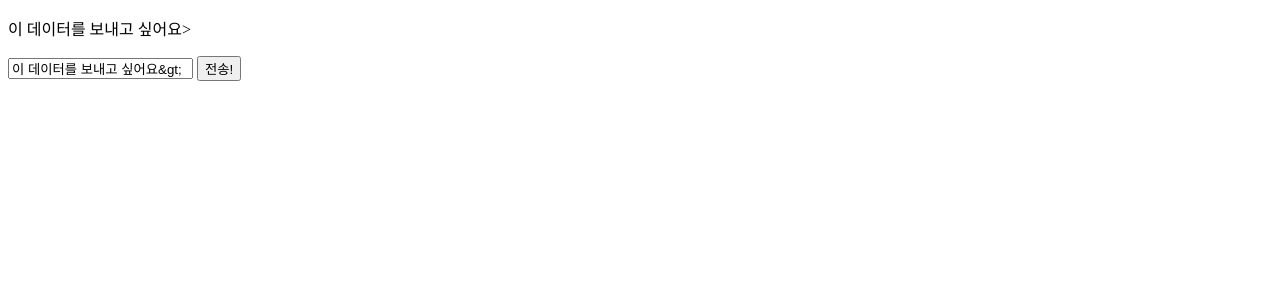
Repository: dychung1021/newrepository
Page: http://localhost/JSP06/
These files come from the project's save history. The page is drawn as it stood at one moment and after the next save; the edit follows.
The browser window is 1280 px wide. The pictures show the whole page.
The page is served by Tomcat 9.

Above is the page before, as saved 2024-05-10 06:45:26.

### JSP/JSP06/src/main/webapp/index.jsp
<%@ page language="java" contentType="text/html; charset=utf-8"
    pageEncoding="utf-8"%>
<!DOCTYPE html>
<html>
	<head>
		<meta charset="utf-8">
		<title>일반 태그값의 전송</title>
	</head>
	<body>
		<form method = "post" action = "next.jsp">
			<p name = "data">이 데이터를 보내고 싶어요></p>
			<input type="text" value="이 데이터를 보내고 싶어요" name="data">
			<input type="submit" value="전송!">
		</form>
		<script>
			let ptag=document.getElementsByTagName("p")[0];
			let value=ptag.innerHTML;
			console.log(ptag);

			let hidden=document.getElementsByTagName("input")[0];
			hidden.value=value;
		</script>
	</body>
</html>

After the next save:
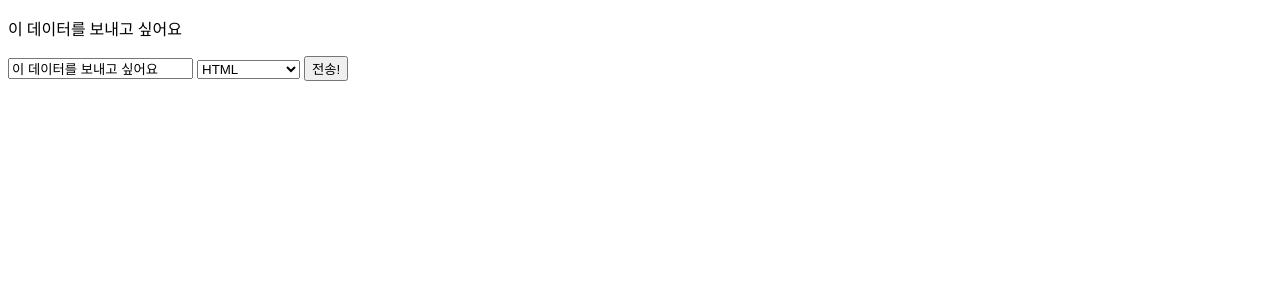
Saved 3 min 47 s later.
--- a/JSP/JSP06/src/main/webapp/index.jsp
+++ b/JSP/JSP06/src/main/webapp/index.jsp
@@ -7,11 +7,17 @@
 		<title>일반 태그값의 전송</title>
 	</head>
 	<body>
-		<form method = "post" action = "next.jsp">
-			<p name = "data">이 데이터를 보내고 싶어요></p>
+		<form method = "get" action = "next.jsp">
+			<p name = "data">이 데이터를 보내고 싶어요</p>
 			<input type="text" value="이 데이터를 보내고 싶어요" name="data">
-			<input type="submit" value="전송!">
-		</form>
+			<input type="hidden" value="" name="data">
+			<select>
+				<option>HTML</option>
+				<option>JAVA</option>
+				<option>CSS</option>
+				<option>JAVASCRIPT</option>
+			</select>
+			<input type="submit" value = "전송!">		</form>
 		<script>
 			let ptag=document.getElementsByTagName("p")[0];
 			let value=ptag.innerHTML;
